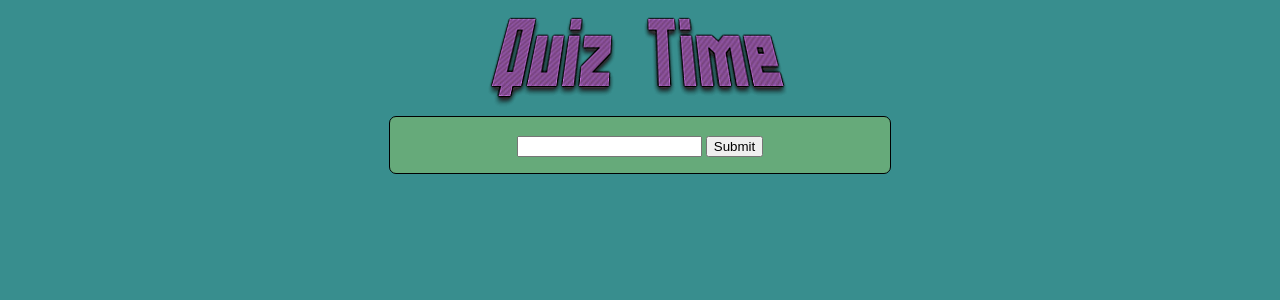
Repository: jn222rv/1dv403-laborationer
Page: 4-thequiz/index.html
The author's editor kept a record of every edit. The page is drawn from the files as they stood at one moment, then again after the next edit.
The browser window is 1280 px wide. The pictures show the whole page.
The page's requests for data from a server got no answer.

Above is the page before.

After the next edit:
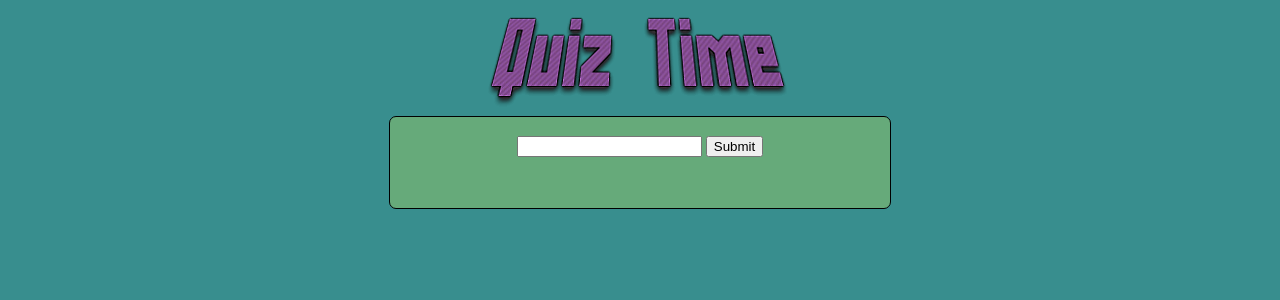
The edit:
--- a/4-thequiz/css/basic.css
+++ b/4-thequiz/css/basic.css
@@ -5,6 +5,7 @@
     border:1px solid black;
     background-color:#66AA7A;
     border-radius: 7px;
+    padding-bottom:35px;
 }
 
 body {
